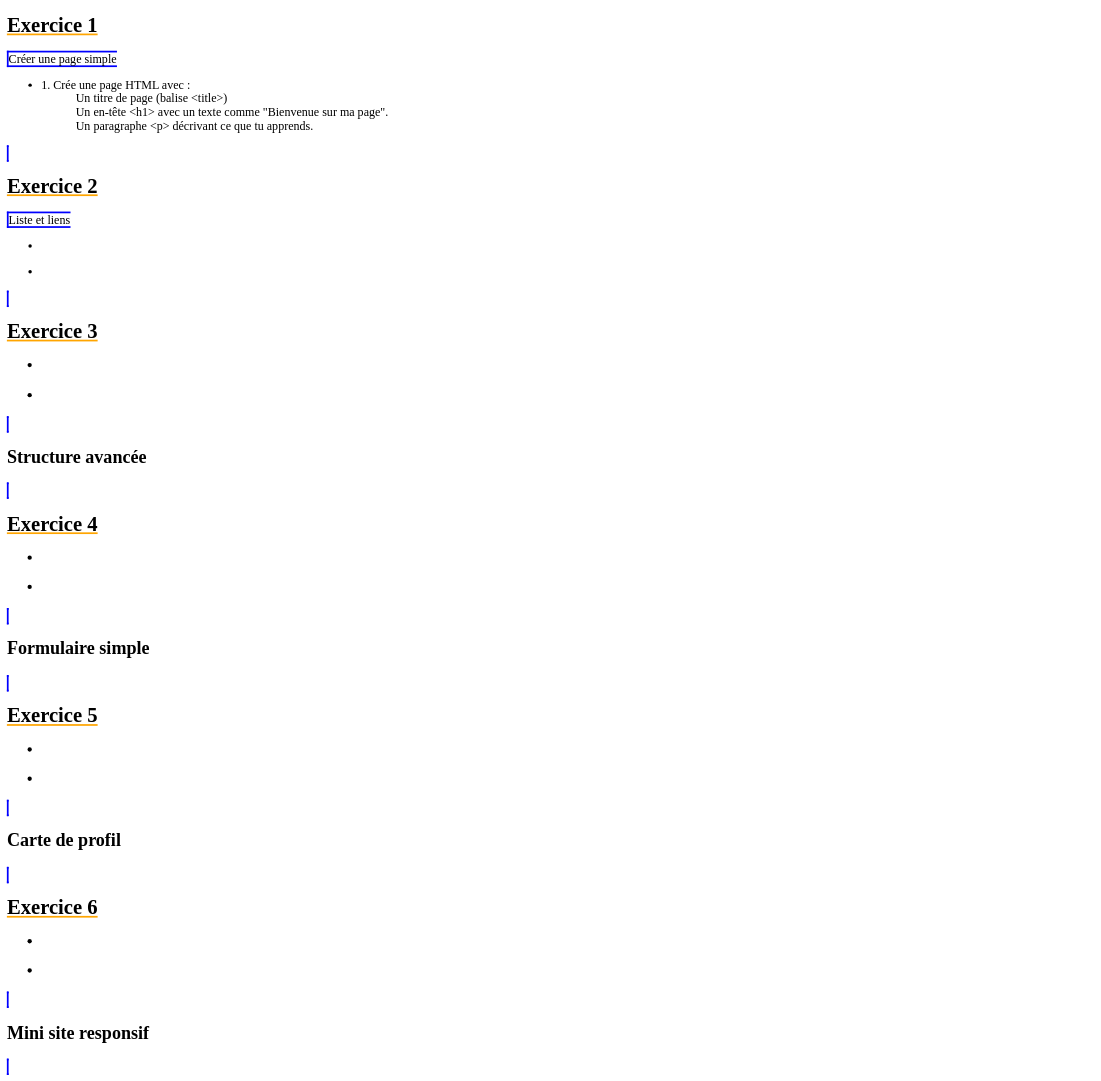
Repository: AnnaSpirit/Mimo_App
Page: Exercices_HTML&CSS.html
These files come from the project's save history. The page is drawn as it stood at one moment and after the next save; the edit follows.
The browser window is 1280 px wide. The pictures show the whole page, at 86% of full size.

Above is the page before, as saved 2024-12-05 16:47:57.

After the next save:
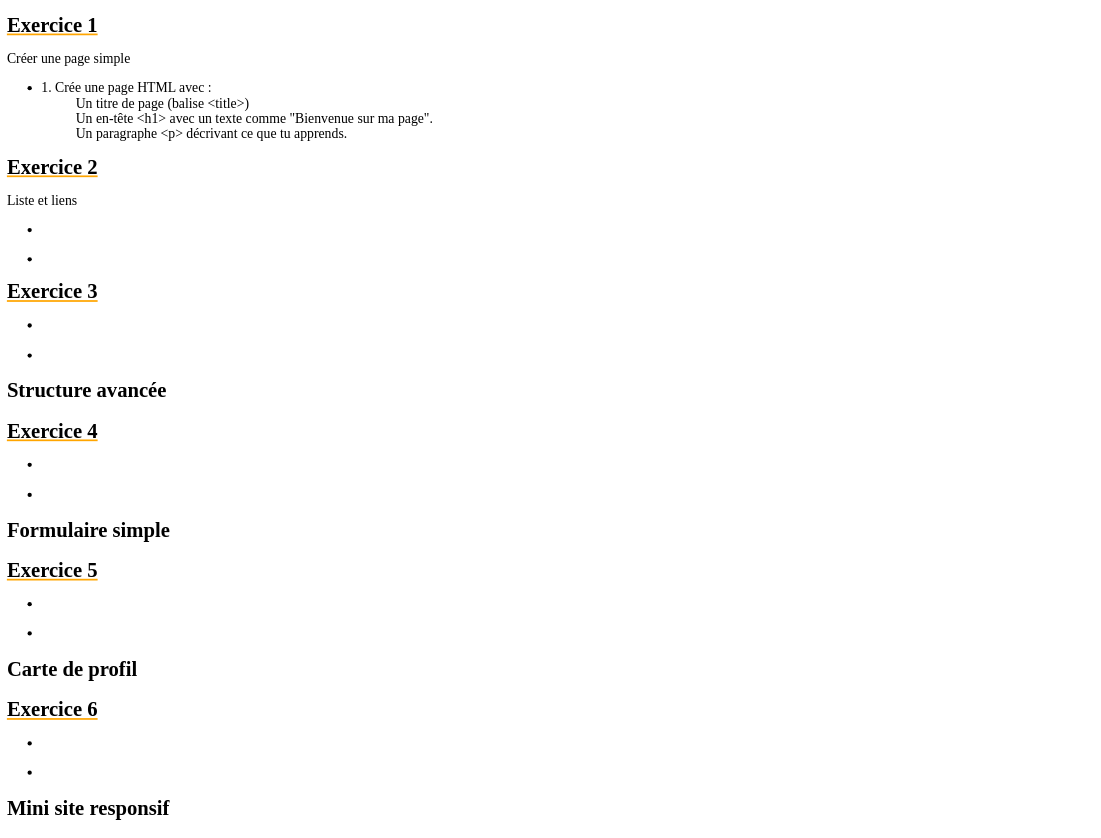
Saved 3 min 9 s later.
--- a/styleCSS.css
+++ b/styleCSS.css
@@ -3,7 +3,7 @@
     font-size: x-large;
     text-decoration: underline orange;
 }
-.Consigne{
+/* .Consigne{
     border: 2px solid blue;
     font-size: 14px;
-}
+} */

After the 5 saves that followed:
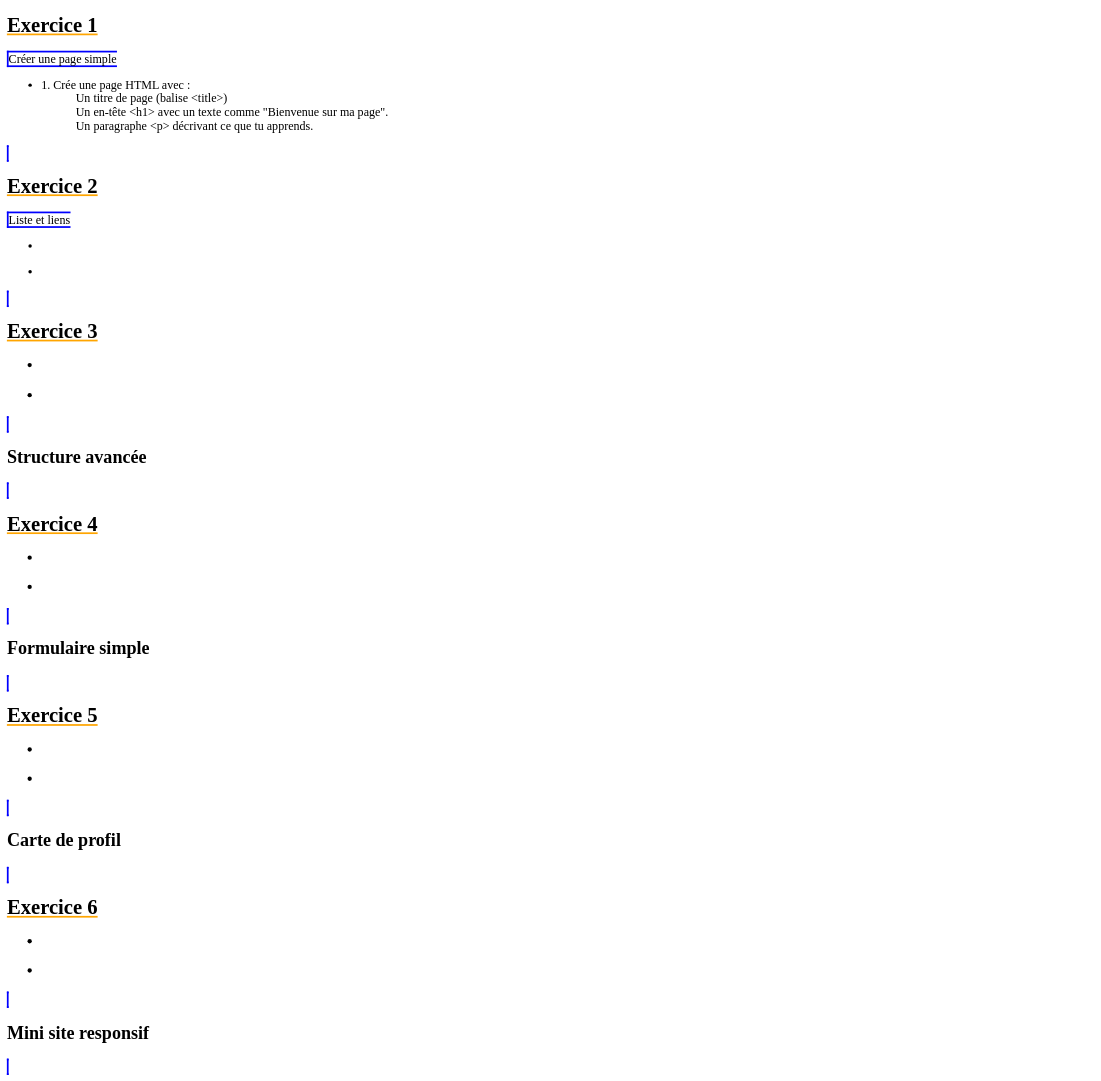
The 5 saves are shown as one change because 2 left the picture as it was and some came seconds apart.
The last was saved 18 s later.
--- a/styleCSS.css
+++ b/styleCSS.css
@@ -7,3 +7,7 @@
     border: 2px solid blue;
     font-size: 14px;
 } */
+span{
+    border: 2px solid blue;
+        font-size: 14px;
+}
